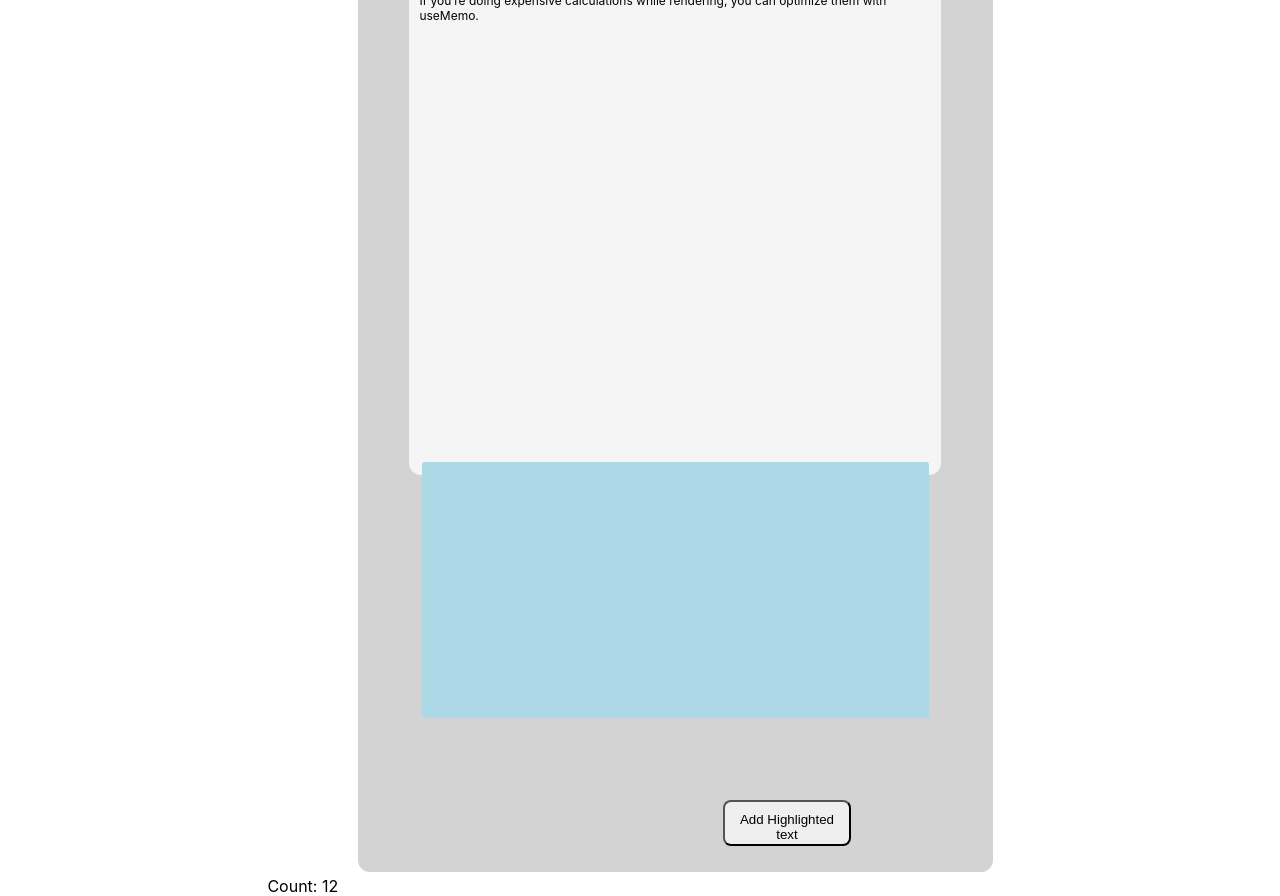
Repository: Farbod29/React-text-highlighter-with-hook-
Page: /
These files come from the project's save history. The page is drawn as it stood at one moment and after the next save; the edit follows.
The browser window is 1280 px wide. The pictures show the part of the page from y = 428 to 1324 px (the page is 1324 px tall).
The project was rebuilt for these pictures with package versions that can differ from the ones it lists, and the page was loaded fresh each time.

Above is the page before, as saved 2022-02-18 23:18:49.

After the next save:
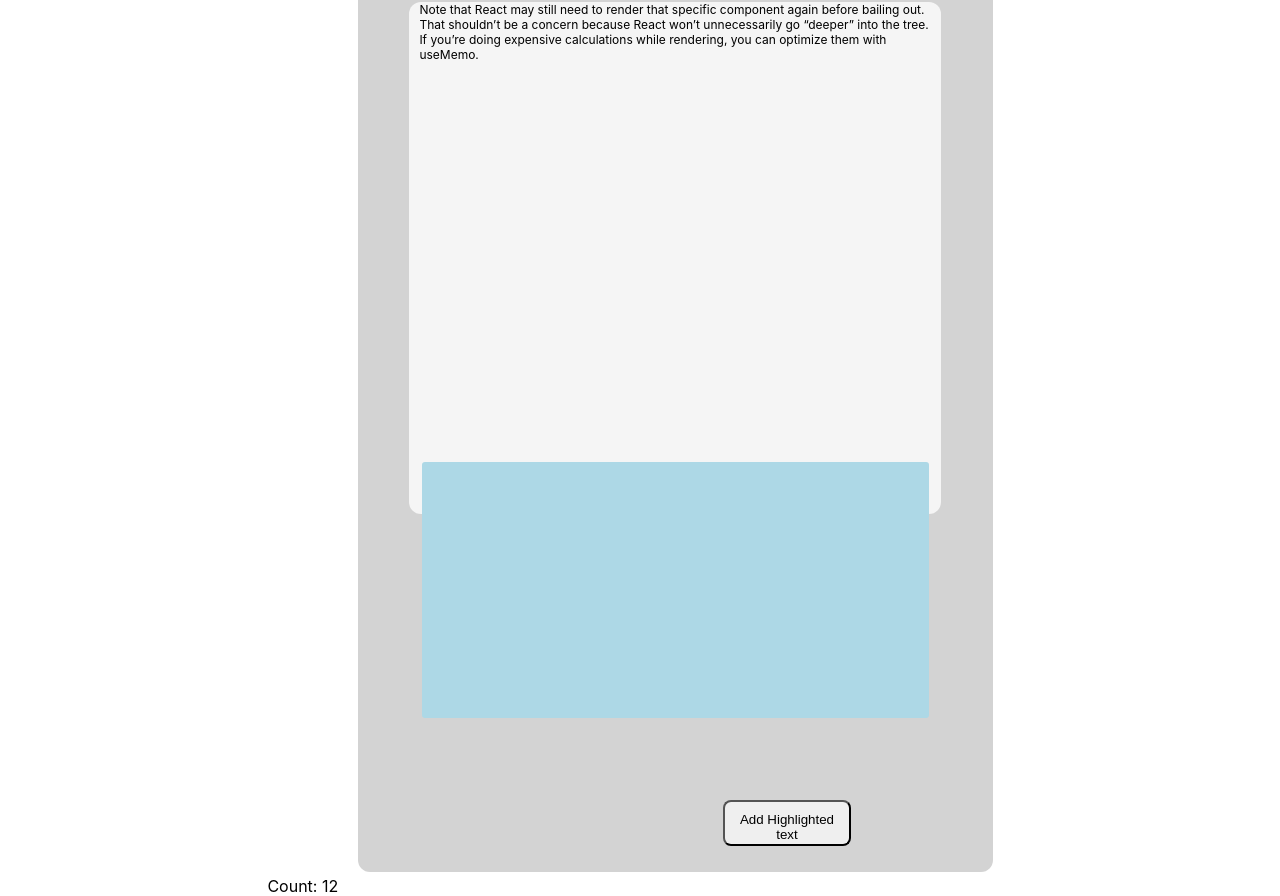
Saved 6 s later.
--- a/src/highlighter.js
+++ b/src/highlighter.js
@@ -46,7 +46,7 @@ export default function Highlighter() {
             height: '40vw',
             width: '40vw',
             left: '4vw',
-            top: '29vw',
+            top: '32vw',
             borderRadius: '12px',
             position: 'absolute',
             fontSize: '12px',
